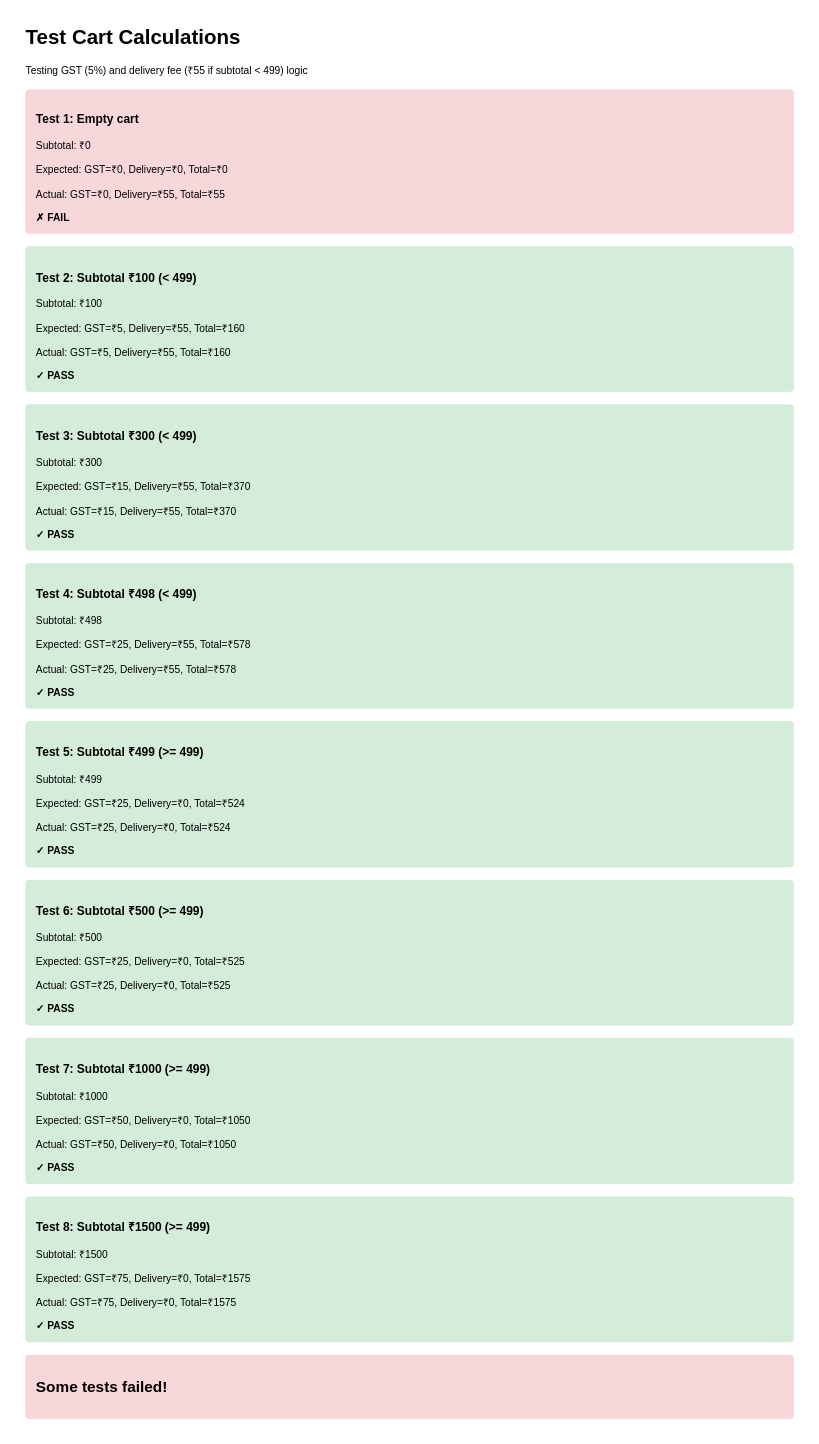
Repository: roydigital/DCB-Finaly-30-Novemeber
Page: test_cart_calculations.html
The author's editor kept a copy of each file at every save. The page is drawn from the files as they stood at one save, then again after the next save.
The browser window is 1280 px wide. The pictures show the whole page, at 64% of full size.
Some web libraries are served in a nearby version.

Above is the page before, as saved 2025-12-03 15:10:46.

### test_cart_calculations.html
<!DOCTYPE html>
<html>
<head>
    <title>Test Cart Calculations</title>
    <style>
        body { font-family: Arial, sans-serif; margin: 40px; }
        .test { margin: 20px 0; padding: 15px; border: 1px solid #ccc; border-radius: 5px; }
        .pass { background-color: #d4edda; border-color: #c3e6cb; }
        .fail { background-color: #f8d7da; border-color: #f5c6cb; }
        .result { font-weight: bold; margin-top: 10px; }
    </style>
</head>
<body>
    <h1>Test Cart Calculations</h1>
    <p>Testing GST (5%) and delivery fee (₹55 if subtotal < 499) logic</p>

    <div id="test-results"></div>

    <script>
        // Test cases
        const testCases = [
            { subtotal: 0, expectedGST: 0, expectedDelivery: 0, expectedTotal: 0, description: "Empty cart" },
            { subtotal: 100, expectedGST: 5, expectedDelivery: 55, expectedTotal: 160, description: "Subtotal ₹100 (< 499)" },
            { subtotal: 300, expectedGST: 15, expectedDelivery: 55, expectedTotal: 370, description: "Subtotal ₹300 (< 499)" },
            { subtotal: 498, expectedGST: 25, expectedDelivery: 55, expectedTotal: 578, description: "Subtotal ₹498 (< 499)" },
            { subtotal: 499, expectedGST: 25, expectedDelivery: 0, expectedTotal: 524, description: "Subtotal ₹499 (>= 499)" },
            { subtotal: 500, expectedGST: 25, expectedDelivery: 0, expectedTotal: 525, description: "Subtotal ₹500 (>= 499)" },
            { subtotal: 1000, expectedGST: 50, expectedDelivery: 0, expectedTotal: 1050, description: "Subtotal ₹1000 (>= 499)" },
            { subtotal: 1500, expectedGST: 75, expectedDelivery: 0, expectedTotal: 1575, description: "Subtotal ₹1500 (>= 499)" }
        ];

        function calculateCart(subtotal) {
            const gst = Math.round(subtotal * 0.05); // 5% GST
            const deliveryFee = subtotal < 499 ? 55 : 0; // ₹55 delivery if subtotal < 499
            const total = subtotal + gst + deliveryFee;
            return { gst, deliveryFee, total };
        }

        function runTests() {
            const container = document.getElementById('test-results');
            let allPassed = true;

            testCases.forEach((testCase, index) => {
                const result = calculateCart(testCase.subtotal);
                const passed =
                    result.gst === testCase.expectedGST &&
                    result.deliveryFee === testCase.expectedDelivery &&
                    result.total === testCase.expectedTotal;

                allPassed = allPassed && passed;

                const testDiv = document.createElement('div');
                testDiv.className = `test ${passed ? 'pass' : 'fail'}`;
                testDiv.innerHTML = `
                    <h3>Test ${index + 1}: ${testCase.description}</h3>
                    <p>Subtotal: ₹${testCase.subtotal}</p>
                    <p>Expected: GST=₹${testCase.expectedGST}, Delivery=₹${testCase.expectedDelivery}, Total=₹${testCase.expectedTotal}</p>
                    <p>Actual: GST=₹${result.gst}, Delivery=₹${result.deliveryFee}, Total=₹${result.total}</p>
                    <div class="result">${passed ? '✓ PASS' : '✗ FAIL'}</div>
                `;

                container.appendChild(testDiv);
            });

            const summary = document.createElement('div');
            summary.className = `test ${allPassed ? 'pass' : 'fail'}`;
            summary.innerHTML = `<h2>${allPassed ? 'All tests passed!' : 'Some tests failed!'}</h2>`;
            container.appendChild(summary);
        }

        // Run tests when page loads
        document.addEventListener('DOMContentLoaded', runTests);
    </script>
</body>
</html>

After the next save:
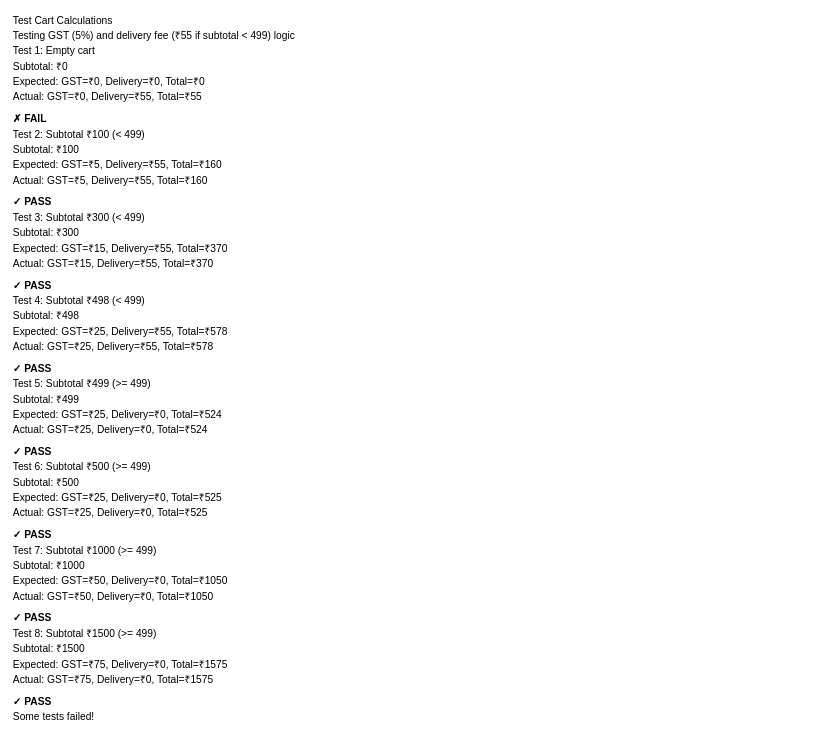
Saved 36 s later.
--- a/test_cart_calculations.html
+++ b/test_cart_calculations.html
@@ -1,12 +1,12 @@
 <!DOCTYPE html>
-<html>
+<html lang="en">
 <head>
+    <meta charset="UTF-8">
+    <meta name="viewport" content="width=device-width, initial-scale=1.0">
     <title>Test Cart Calculations</title>
+    <script src="https://cdn.tailwindcss.com"></script>
     <style>
-        body { font-family: Arial, sans-serif; margin: 40px; }
-        .test { margin: 20px 0; padding: 15px; border: 1px solid #ccc; border-radius: 5px; }
-        .pass { background-color: #d4edda; border-color: #c3e6cb; }
-        .fail { background-color: #f8d7da; border-color: #f5c6cb; }
+        body { font-family: sans-serif; padding: 20px; }
         .result { font-weight: bold; margin-top: 10px; }
     </style>
 </head>
